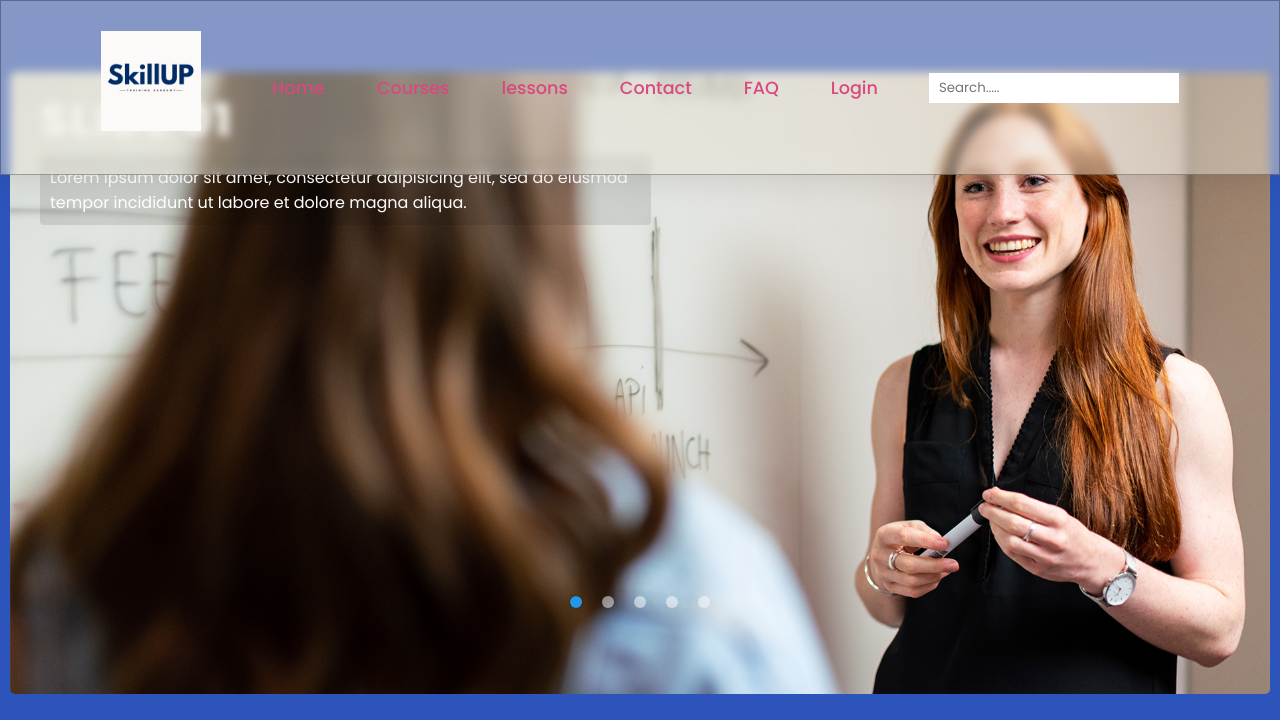
Repository: 2tzz/SkillUp-Academy
Page: home.html
The author's editor kept a copy of each file at every save. The page is drawn from the files as they stood at one save, then again after the next save.
The browser window is 1280 px wide. The pictures show the whole page.
Some web fonts or font styles are not loaded; a fallback is used.

Above is the page before, as saved 2022-10-22 15:44:17.

After the next save:
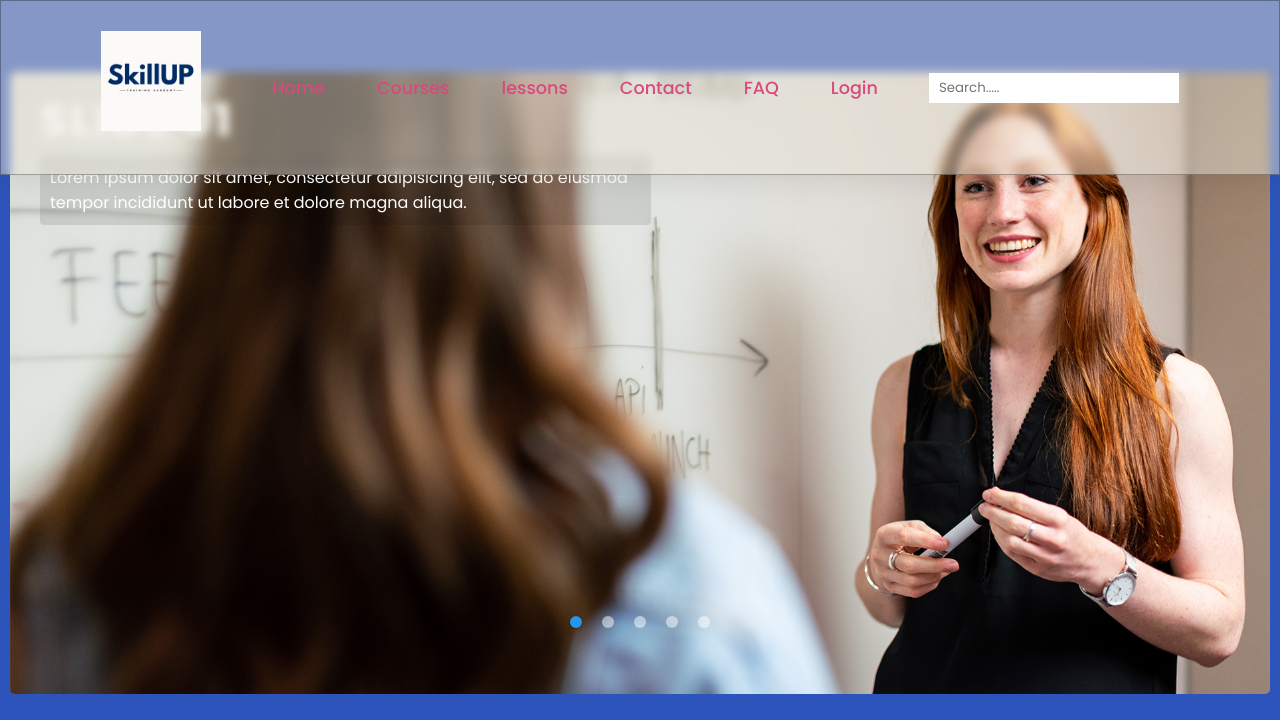
Saved 62 s later.
--- a/CSS/home.css
+++ b/CSS/home.css
@@ -228,7 +228,7 @@ header search_bar{
   z-index: 2;
   position: absolute;
   display: flex;
-  bottom: 30px;
+  bottom: 10px;
   left: 50%;
   transform: translateX(-50%);
 }
